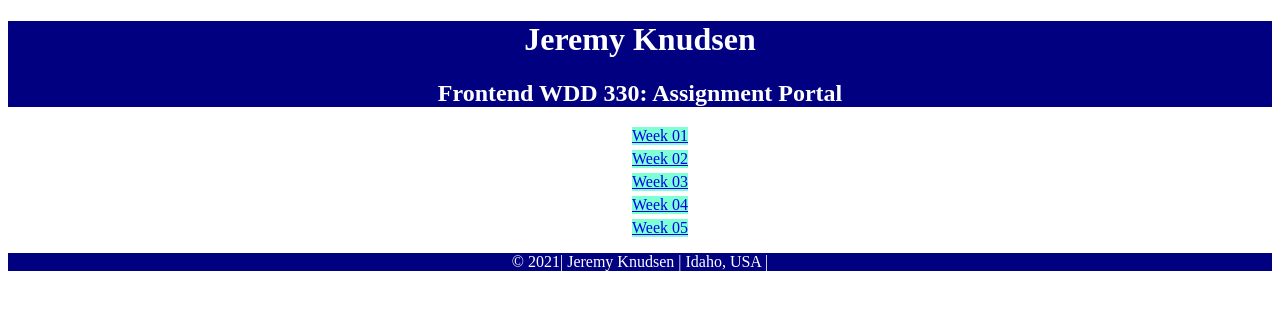
Repository: jknudsen97/WDD-330-Portfolio
Page: index.html
These files come from the project's save history. The page is drawn as it stood at one moment and after the next save; the edit follows.
The browser window is 1280 px wide. The pictures show the whole page.

Above is the page before, as saved 2021-10-20 19:30:48.

### index.html
<!DOCTYPE html>
<html lang="en-US">
  <head>
    <meta charset="UTF-8" />
    <meta http-equiv="X-UA-Compatible" content="IE=edge" />
    <meta name="viewport" content="width=device-width, initial-scale=1.0" />
    <meta name="author" content="Jeremy Knudsen" />
    <script src="js/main.js" defer></script>
    <script src="js/script.js" defer></script>
    <link rel="stylesheet" href="css/style.css">
    <link rel="preconnect" href="https://fonts.googleapis.com" />
    <link rel="apple-touch-icon" sizes="180x180" href="/apple-touch-icon.png" />
    <link rel="icon" type="image/png" sizes="32x32" href="/favicon-32x32.png" />
    <link rel="icon" type="image/png" sizes="16x16" href="/favicon-16x16.png" />
    <link rel="mask-icon" href="/safari-pinned-tab.svg" color="#5bbad5" />
    <meta name="msapplication-TileColor" content="#da532c" />
    <meta name="theme-color" content="#ffffff" />
    <link rel="shortcut icon" href="/favicon.ico" />

    <title>Jeremy Knudsen Web Frontend 2: WDD330</title>
  </head>
  <body>
    <main>
      <header>
        <h1 class="nametitle">Jeremy Knudsen</h1>
        <h2 class="assignmentheader">Frontend WDD 330: Assignment Portal</h2>
      </header>
      <div id="assignments"></div>
      <footer>
        &copy; <span id="currentyear"></span>| Jeremy Knudsen | Idaho, USA |
      </footer>
    </main>
  </body>
</html>

### js/main.js
const requestLinks = "json/main.json";

fetch(requestLinks)
.then(function (response) {
  return response.json();
})
.then(function (jsObject){
  const weeks = jsObject['assignments'];
  console.log(weeks);

  let block = document.createElement('div');
  let ulList = document.createElement('ul');

  weeks.forEach( week => {
    let li = document.createElement('li');
    let a = document.createElement('a');
    a.setAttribute('href', week.url);
    a.textContent = week.label;
    li.append(a);
    ulList.append(li);
  })
  block.append(ulList)
  document.querySelector('#assignments').append(block);
})

### js/script.js
const date = new Date();
const options = {
      weekday: "long",
      month: "long",
      day: "numeric",
      year: "numeric",
    };
document.querySelector("#currentyear").innerHTML
= date.getFullYear();

### css/style.css
main{
    text-align: center;
}

header{
    color: white;
    background-color: navy;
}

ul{
    list-style-type: none;
}

li{
    width: fit-content;
    border: 2px;
    margin: 5px;
    color: black;
    margin-left: auto;
    margin-right: auto;
    background-color: aquamarine;
}

li:hover{
    color: black;
    background-color: white;
}

footer{
    background-color: navy;
    color: white;
}

### json/main.json
{
    "assignments": [

       {
          "label": "Week 01",
          "url": "week1/teamactivity.html"
       },

       {
        "label": "Week 02",
        "url": "week2/teamactivity.html"
       },

       {
         "label": "Week 03",
         "url": "week3/teamactivity.html"
      },

      {
         "label": "Week 04",
         "url": "week4/teamactivity.html"
      },

      {
         "label": "Week 05",
         "url": "week5/teamactivity.html"
      }

    ]
 }

After the next save:
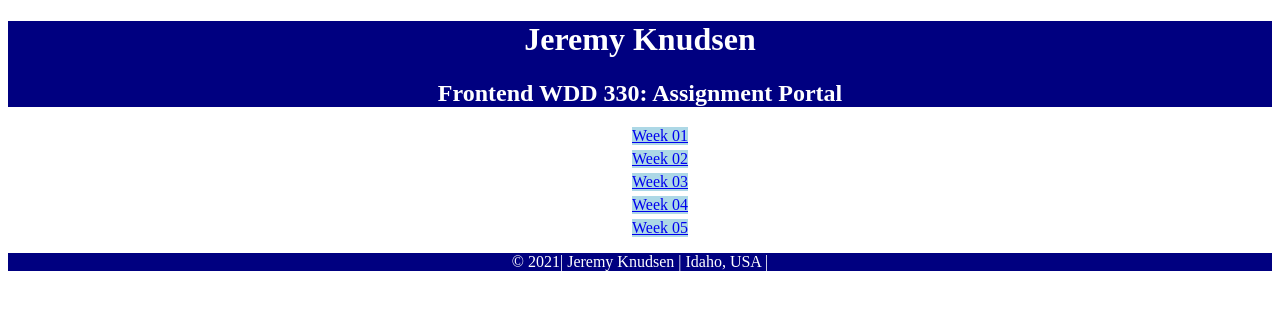
Saved 15 s later.
--- a/css/style.css
+++ b/css/style.css
@@ -18,7 +18,7 @@ li{
     color: black;
     margin-left: auto;
     margin-right: auto;
-    background-color: aquamarine;
+    background-color: lightblue;
 }
 
 li:hover{
